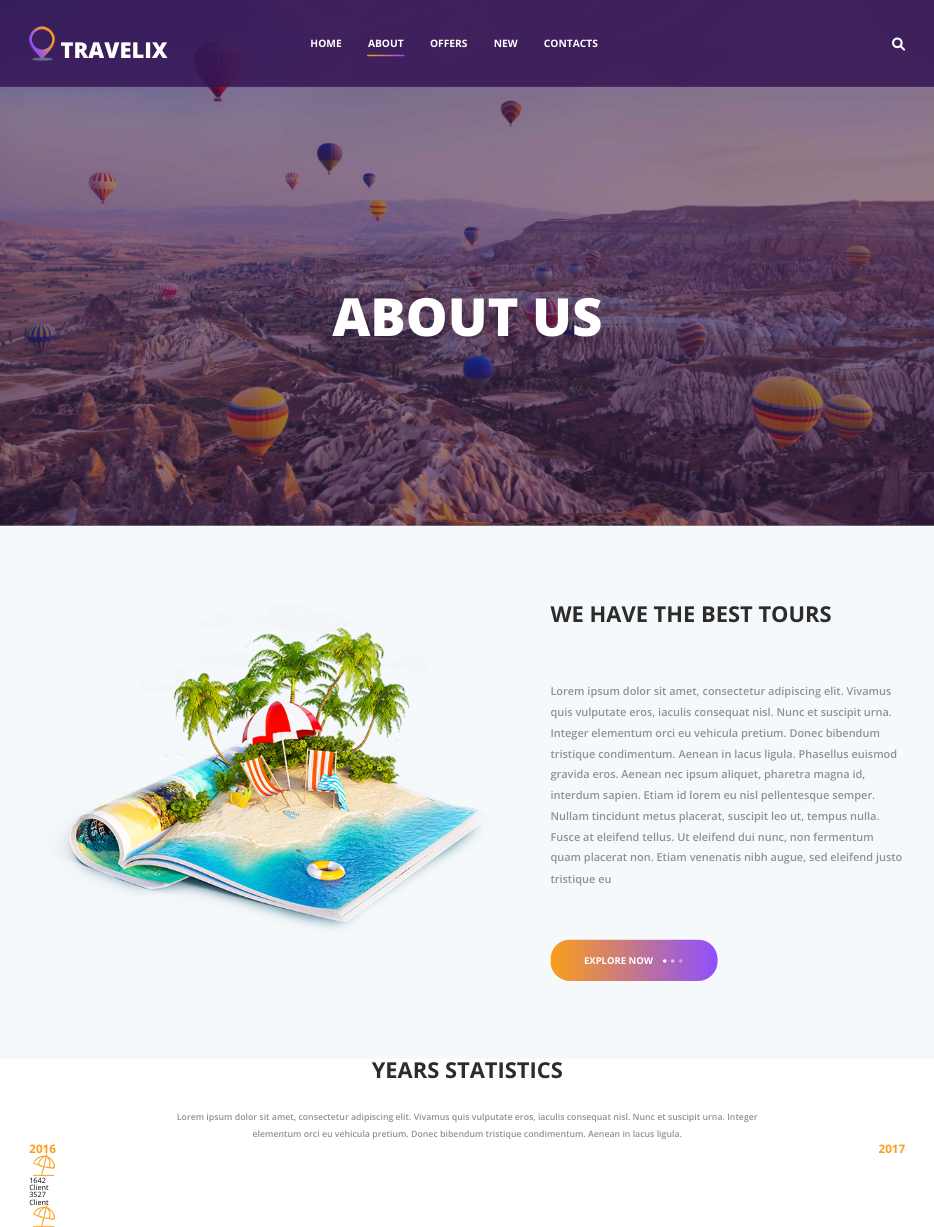
Repository: phamhuuloc/Travelix_Template
Page: about.html
The author's editor kept a copy of each file at every save. The page is drawn from the files as they stood at one save, then again after the next save.
The browser window is 1280 px wide. The pictures show the whole page, at 73% of full size.
Backgrounds fixed to the window are drawn as part of the page. Some web fonts or font styles are not loaded; a fallback is used.

Above is the page before, as saved 2021-10-13 09:14:45.

After the next save:
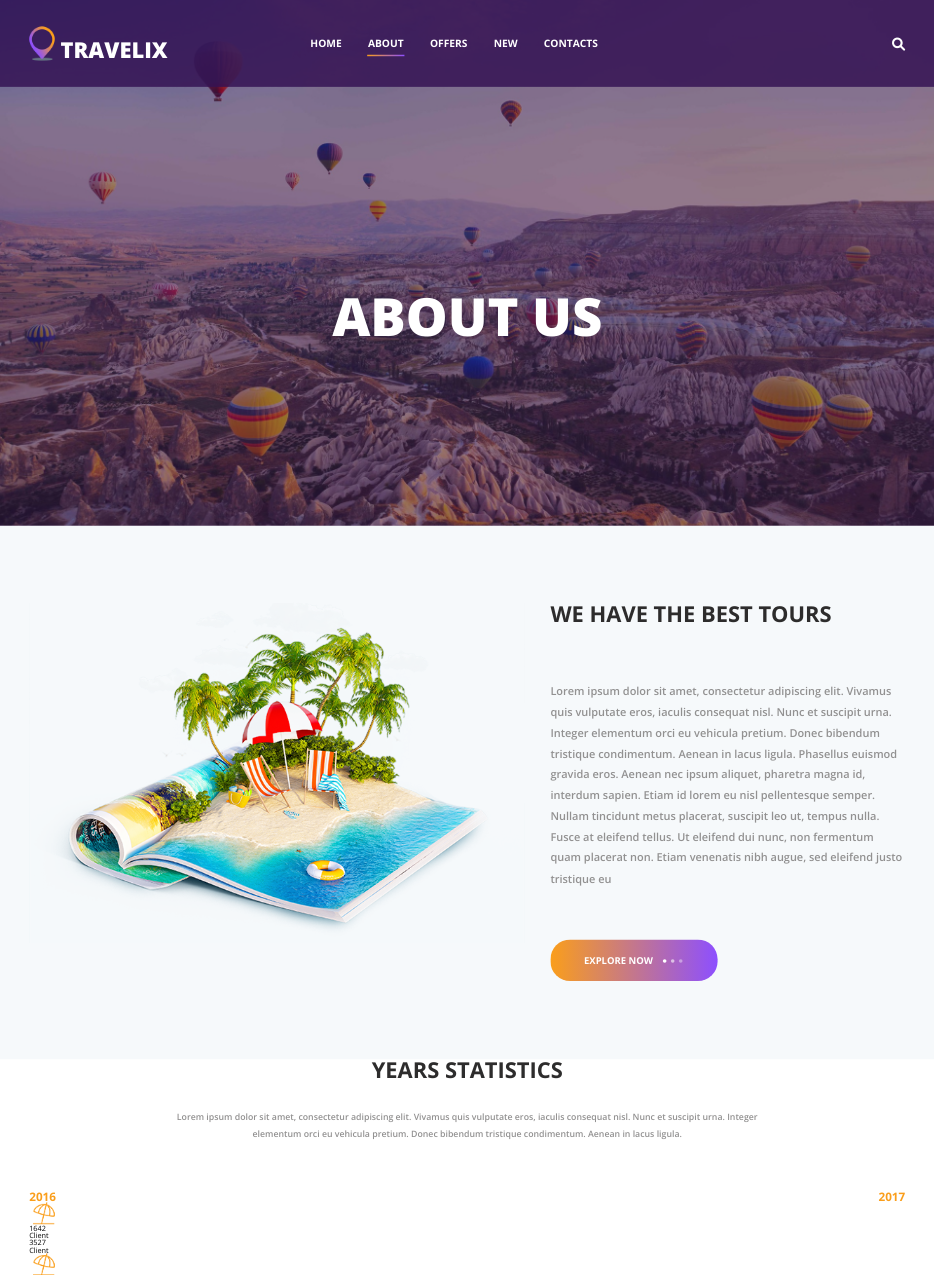
Saved 34 s later.
--- a/assets/css/about.css
+++ b/assets/css/about.css
@@ -49,6 +49,7 @@
   text-align: center;
   display: flex;
   justify-content: center;
+  margin-bottom: 6.6rem;
 }
 .stats__text {
   font-size: 1.2rem;
